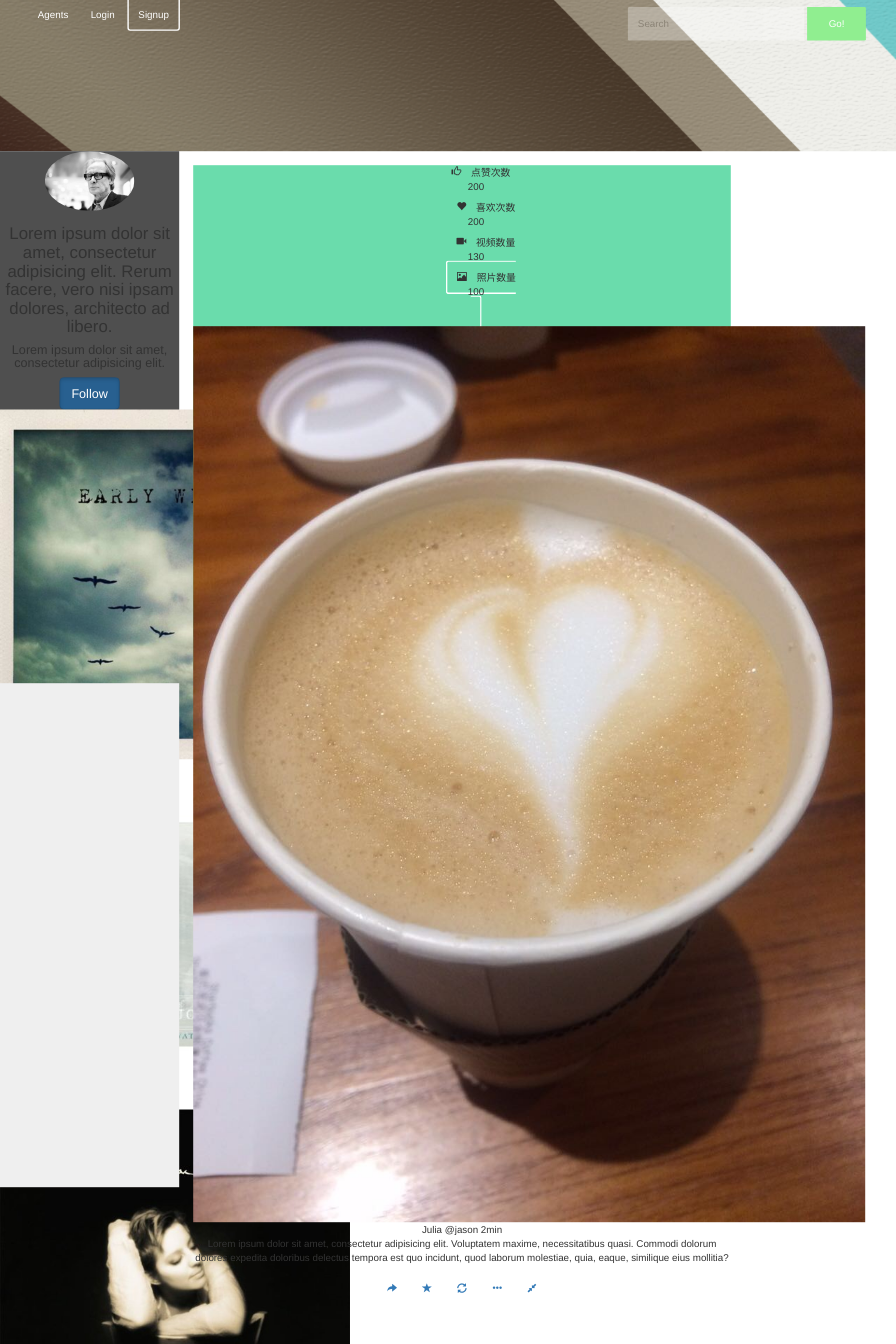
Repository: JasonBour/Beautypedia
Page: http://localhost/profile.php
The author's editor kept a copy of each file at every save. The page is drawn from the files as they stood at one save, then again after the next save.
The browser window is 1280 px wide. The pictures show the part of the page from y = 0 to 1920 px (the page is 4585 px tall), at 70% of full size.
The page is run by PHP 8.4 with error messages shown; the project is at /var/www/html/.

Above is the page before, as saved 2015-09-16 10:30:59.

After the next save:
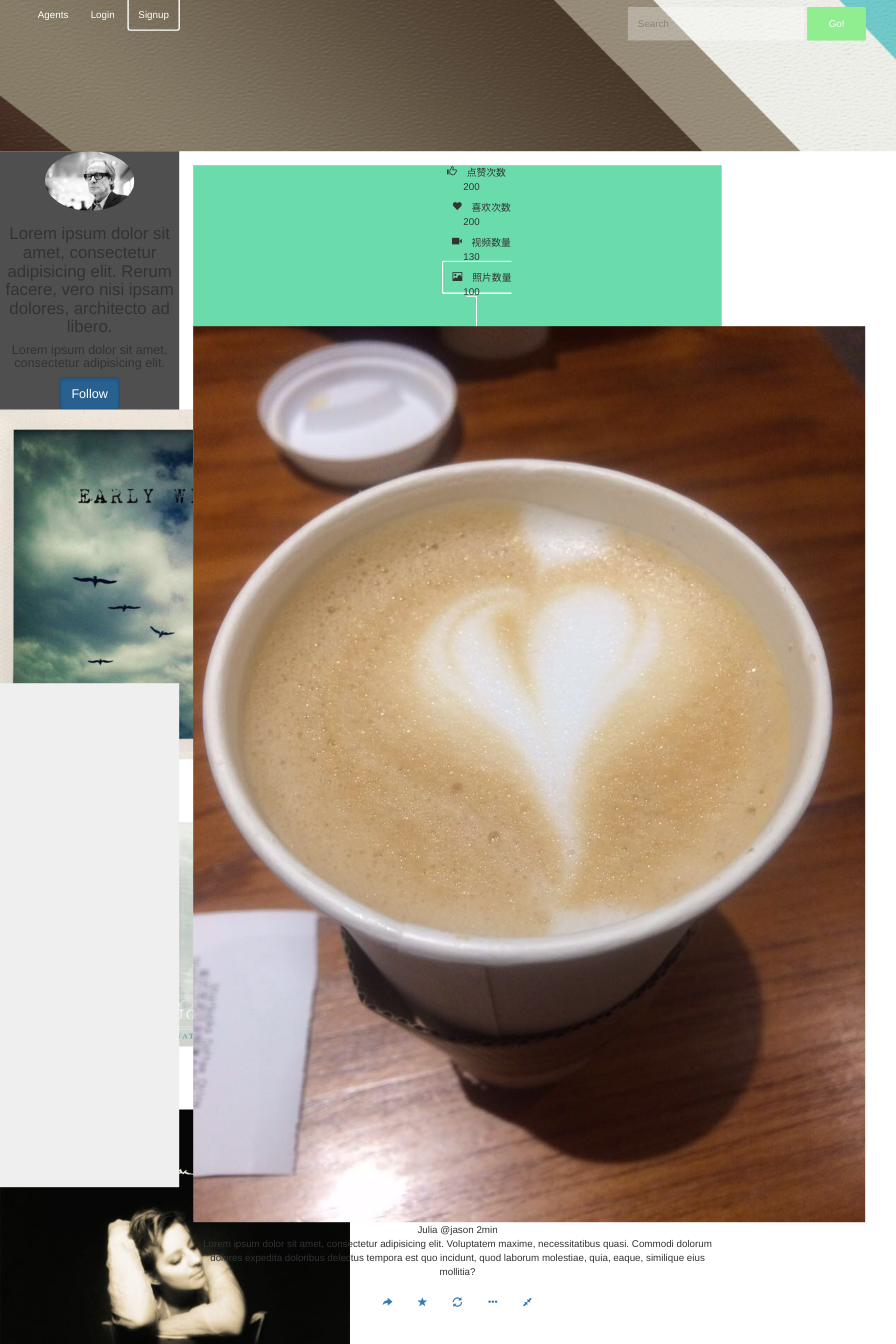
Saved 12 s later.
--- a/Beautypedia/css/profile.css
+++ b/Beautypedia/css/profile.css
@@ -50,7 +50,7 @@ div.center-news{
 	margin:20px 20px 20px;
 	float:left;
     display:inline;
-    width:60%;
+    width:59%;
     background-color:#6adcac;
 	height:100%;
 }
